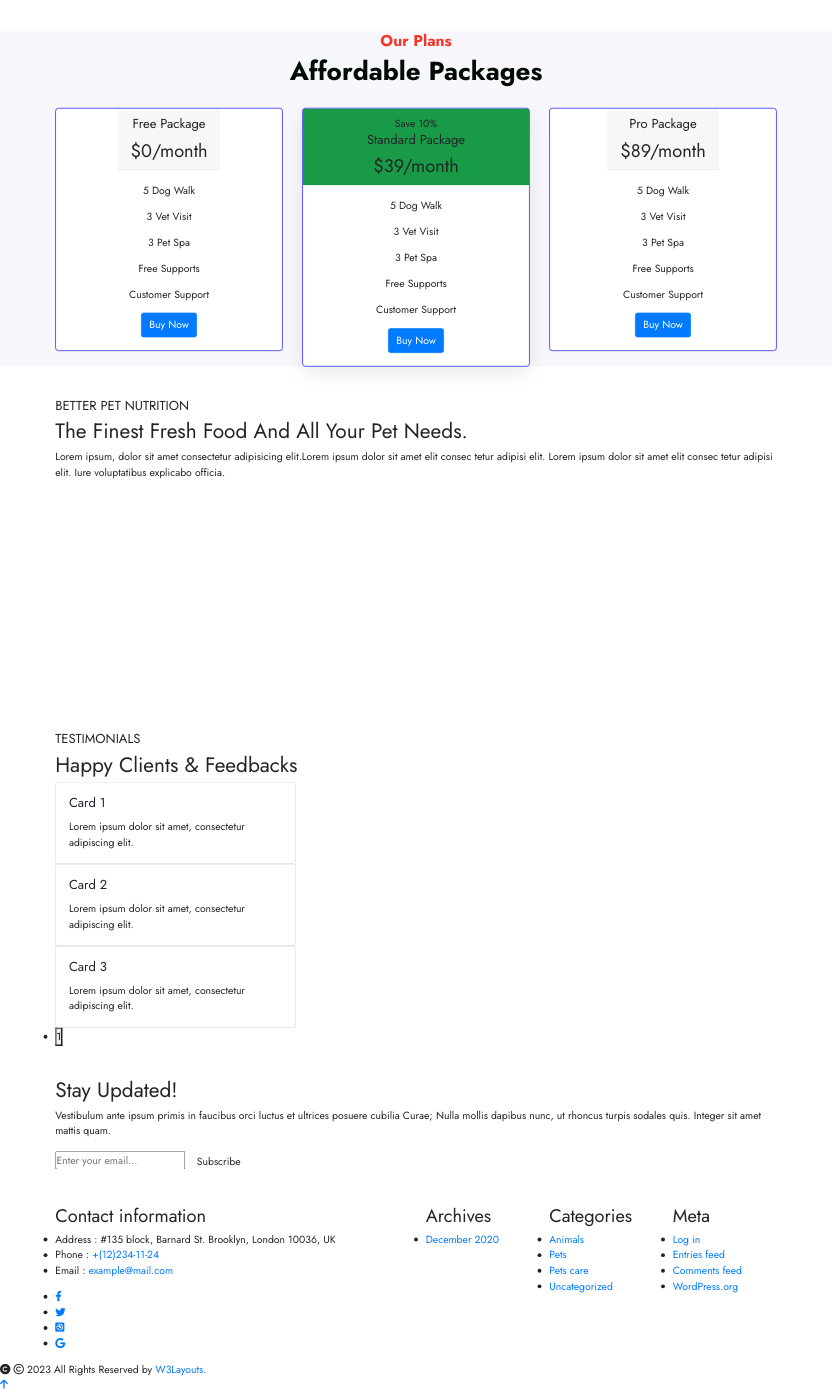
Repository: thanhfrankie/poochcare
Page: index.html
The author's editor kept a copy of each file at every save. The page is drawn from the files as they stood at one save, then again after the next save.
The browser window is 1280 px wide. The pictures show the whole page, at 65% of full size.
Pictures or frames that could not be fetched are drawn as grey boxes.

Above is the page before, as saved 2023-12-20 21:55:46.

### index.html
<!DOCTYPE html>
<html lang="en">
  <head>
    <title>Pooch Care</title>
    <!-- Required meta tags -->
    <meta charset="utf-8" />
    <meta
      name="viewport"
      content="width=device-width, initial-scale=1, shrink-to-fit=no"
    />
    <!-- FONT AWESOME -->
    <link
      rel="stylesheet"
      href="https://cdnjs.cloudflare.com/ajax/libs/font-awesome/6.4.2/css/all.min.css"
      integrity="sha512-z3gLpd7yknf1YoNbCzqRKc4qyor8gaKU1qmn+CShxbuBusANI9QpRohGBreCFkKxLhei6S9CQXFEbbKuqLg0DA=="
      crossorigin="anonymous"
      referrerpolicy="no-referrer"
    />
    <!-- Bootstrap CSS -->
    <link
      rel="stylesheet"
      href="https://stackpath.bootstrapcdn.com/bootstrap/4.3.1/css/bootstrap.min.css"
      integrity="sha384-ggOyR0iXCbMQv3Xipma34MD+dH/1fQ784/j6cY/iJTQUOhcWr7x9JvoRxT2MZw1T"
      crossorigin="anonymous"
    />
    <!-- Font Jost -->
    <link rel="preconnect" href="https://fonts.googleapis.com" />
    <link rel="preconnect" href="https://fonts.gstatic.com" crossorigin />
    <link
      href="https://fonts.googleapis.com/css2?family=Jost:wght@300;400;700&display=swap"
      rel="stylesheet"
    />
    <!-- Pricing CSS -->
    <link rel="stylesheet" href="./css/pricing.css" />
    <!-- pet food CSS (em đặt tên nutrition hay pet-nutrition hay pet__nutrition nó không cho đặt vậy ạ) -->
    <link rel="stylesheet" href="./css/petfood.css" />
    <!-- Testimonials CSS -->
    <link rel="stylesheet" href="./css/testimonials.css" />
    <!-- Subscribe CSS -->
    <link rel="stylesheet" href="./css/subscribe.css" />
    <!-- footer CSS -->
    <link rel="stylesheet" href="./css/footer.css" />
    <!-- Main CSS -->
    <link rel="stylesheet" href="./css/style.css" />
  </head>
  <body>
    <!-- Pricing -->
    <section class="pricing" id="pricing">
      <div class="container mt-5">
        <div class="title">
          <h4>Our Plans</h4>
          <h2>Affordable Packages</h2>
        </div>
        <div class="row">
          <!-- Pricing Card 1 -->
          <div class="col-lg-4">
            <div class="card">
              <div class="card-header">
                <h5 class="card-title">Free Package</h5>
                <h3 class="card-text">$0/month</h3>
              </div>
              <div class="card-body">
                <p class="card-text">5 Dog Walk</p>
                <p class="card-text">3 Vet Visit</p>
                <p class="card-text">3 Pet Spa</p>
                <p class="card-text">Free Supports</p>
                <p class="card-text">Customer Support</p>
                <a href="#" class="btn btn-primary btn-buy">Buy Now</a>
              </div>
            </div>
          </div>

          <!-- Pricing Card 2 -->
          <div class="col-lg-4">
            <div class="card card2">
              <div class="card-header">
                <div class="card-save">Save 10%</div>
                <h5 class="card-title">Standard Package</h5>
                <h3 class="card-text">$39/month</h3>
              </div>
              <div class="card-body">
                <p class="card-text">5 Dog Walk</p>
                <p class="card-text">3 Vet Visit</p>
                <p class="card-text">3 Pet Spa</p>
                <p class="card-text">Free Supports</p>
                <p class="card-text">Customer Support</p>
                <a href="#" class="btn btn-primary btn-buy">Buy Now</a>
              </div>
            </div>
          </div>

          <!-- Pricing Card 3 -->
          <div class="col-lg-4">
            <div class="card">
              <div class="card-header">
                <h5 class="card-title">Pro Package</h5>
                <h3 class="card-text">$89/month</h3>
              </div>
              <div class="card-body">
                <p class="card-text">5 Dog Walk</p>
                <p class="card-text">3 Vet Visit</p>
                <p class="card-text">3 Pet Spa</p>
                <p class="card-text">Free Supports</p>
                <p class="card-text">Customer Support</p>
                <a href="#" class="btn btn-primary btn-buy">Buy Now</a>
              </div>
            </div>
          </div>
        </div>
      </div>
    </section>
    <!-- PET NUTRITION -->
    <section class="nutrition">
      <div class="container mt-5">
        <h5>BETTER PET NUTRITION</h5>
        <h2>The Finest Fresh Food And All Your Pet Needs.</h2>
        <p>
          Lorem ipsum, dolor sit amet consectetur adipisicing elit.Lorem ipsum
          dolor sit amet elit consec tetur adipisi elit. Lorem ipsum dolor sit
          amet elit consec tetur adipisi elit. Iure voluptatibus explicabo
          officia.
        </p>
        <iframe
          width="560"
          height="315"
          src="https://www.youtube.com/embed/JXUTJNv4j6A?si=1nzgvqwKbkVzJ4BS"
          title="YouTube video player"
          frameborder="0"
          allow="accelerometer; autoplay; clipboard-write; encrypted-media; gyroscope; picture-in-picture; web-share"
          allowfullscreen
        ></iframe>
      </div>
    </section>
    <!-- TESTIMONIALS -->
    <section class="testimonial">
      <div class="container mt-5">
        <h5>TESTIMONIALS</h5>
        <h2>Happy Clients & Feedbacks</h2>
        <div class="slick-carousel">
          <!-- Slick Carousel Item 1 -->
          <div class="card">
            <div class="card-body">
              <h5 class="card-title">Card 1</h5>
              <p class="card-text">
                Lorem ipsum dolor sit amet, consectetur adipiscing elit.
              </p>
            </div>
          </div>

          <!-- Slick Carousel Item 2 -->
          <div class="card">
            <div class="card-body">
              <h5 class="card-title">Card 2</h5>
              <p class="card-text">
                Lorem ipsum dolor sit amet, consectetur adipiscing elit.
              </p>
            </div>
          </div>

          <!-- Slick Carousel Item 3 -->
          <div class="card">
            <div class="card-body">
              <h5 class="card-title">Card 3</h5>
              <p class="card-text">
                Lorem ipsum dolor sit amet, consectetur adipiscing elit.
              </p>
            </div>
          </div>
        </div>
      </div>
    </section>
    <!-- Subscribe -->
    <section class="subscribe">
      <div class="container mt-5">
        <h2>Stay Updated!</h2>
        <p>
          Vestibulum ante ipsum primis in faucibus orci luctus et ultrices
          posuere cubilia Curae; Nulla mollis dapibus nunc, ut rhoncus turpis
          sodales quis. Integer sit amet mattis quam.
        </p>
        <input
          type="email"
          name=""
          id="subscribe"
          placeholder="Enter your email..."
        />
        <button class="btn">Subscribe</button>
      </div>
    </section>
    <footer>
      <div class="container mt-5">
        <div class="row">
          <div class="col-lg-6">
            <h3>Contact information</h3>
            <ul class="footer__contact">
              <li>
                Address : #135 block, Barnard St. Brooklyn, London 10036, UK
              </li>
              <li>
                Phone :
                <span>
                  <a href="#">+(12)234-11-24</a>
                </span>
              </li>
              <li>
                Email :
                <span>
                  <a href="#">example@mail.com</a>
                </span>
              </li>
            </ul>
            <ul class="footer__social">
              <li>
                <a href="https://www.facebook.com/w3layouts/">
                  <i class="fa-brands fa-facebook-f"></i
                ></a>
              </li>
              <li>
                <a href="https://twitter.com/W3layouts"
                  ><i class="fa-brands fa-twitter"></i
                ></a>
              </li>
              <li>
                <a href="https://dribbble.com/w3layouts"
                  ><i class="fa-brands fa-square-dribbble"></i
                ></a>
              </li>
              <li>
                <a href="https://myaccount.google.com/intro/profile"
                  ><i class="fa-brands fa-google"></i
                ></a>
              </li>
            </ul>
          </div>
          <div class="col-lg-6">
            <div class="row">
              <div class="col-sm-4">
                <h3>Archives</h3>
                <ul>
                  <li>
                    <a href="#"> December 2020 </a>
                  </li>
                </ul>
              </div>
              <div class="col-sm-4">
                <h3>Categories</h3>
                <ul>
                  <li>
                    <a href="#"> Animals </a>
                  </li>
                  <li>
                    <a href="#"> Pets </a>
                  </li>
                  <li>
                    <a href="#"> Pets care </a>
                  </li>
                  <li>
                    <a href="#"> Uncategorized </a>
                  </li>
                </ul>
              </div>
              <div class="col-sm-4">
                <h3>Meta</h3>
                <ul>
                  <li>
                    <a href="#"> Log in </a>
                  </li>
                  <li>
                    <a href="#"> Entries feed </a>
                  </li>
                  <li>
                    <a href="#"> Comments feed </a>
                  </li>
                  <li>
                    <a href="#"> WordPress.org </a>
                  </li>
                </ul>
              </div>
            </div>
          </div>
        </div>
      </div>
      <div class="copyright">
        <i class="fa fa-copyright" aria-hidden="true"></i>
        <i class="fa-regular fa-copyright"></i>
        <span
          >2023 All Rights Reserved by
          <a href="https://w3layouts.com/">W3Layouts.</a></span
        >
      </div>
    </footer>
    <a href="#" class="backToTop cd-top text-replace js-cd-top">
      <i class="fa fa-arrow-up"></i>
    </a>
    <!-- Optional JavaScript -->
    <!-- jQuery first, then Popper.js, then Bootstrap JS -->
    <script
      src="https://code.jquery.com/jquery-3.3.1.slim.min.js"
      integrity="sha384-q8i/X+965DzO0rT7abK41JStQIAqVgRVzpbzo5smXKp4YfRvH+8abtTE1Pi6jizo"
      crossorigin="anonymous"
    ></script>
    <script
      src="https://cdnjs.cloudflare.com/ajax/libs/popper.js/1.14.7/umd/popper.min.js"
      integrity="sha384-UO2eT0CpHqdSJQ6hJty5KVphtPhzWj9WO1clHTMGa3JDZwrnQq4sF86dIHNDz0W1"
      crossorigin="anonymous"
    ></script>
    <script
      src="https://stackpath.bootstrapcdn.com/bootstrap/4.3.1/js/bootstrap.min.js"
      integrity="sha384-JjSmVgyd0p3pXB1rRibZUAYoIIy6OrQ6VrjIEaFf/nJGzIxFDsf4x0xIM+B07jRM"
      crossorigin="anonymous"
    ></script>
    <!-- slick carousel  -->
    <script
      src="https://cdnjs.cloudflare.com/ajax/libs/slick-carousel/1.8.1/slick.min.js"
      integrity="sha512-XtmMtDEcNz2j7ekrtHvOVR4iwwaD6o/FUJe6+Zq+HgcCsk3kj4uSQQR8weQ2QVj1o0Pk6PwYLohm206ZzNfubg=="
      crossorigin="anonymous"
      referrerpolicy="no-referrer"
    ></script>
    <script>
      // Initialize Slick Carousel
      $(".slick-carousel").slick({
        slidesToShow: 3,
        slidesToScroll: 1,
        dots: true,
        prevArrow: '<button type="button" class="slick-prev">&#9665;</button>',
        nextArrow: '<button type="button" class="slick-next">&#9655;</button>',
        responsive: [
          {
            breakpoint: 768,
            settings: {
              slidesToShow: 2,
            },
          },
          {
            breakpoint: 576,
            settings: {
              slidesToShow: 1,
            },
          },
        ],
      });
    </script>
  </body>
</html>

### css/pricing.css
.pricing {
    background-color: #F9F7FE;
}
.pricing .container {
    width: 100%;
}
.pricing .container .title {
    display: flex;
    justify-content: center;
    align-items: center;
    flex-direction: column;
    padding-bottom: 25px;
}
.pricing .container .title h4 {
    color: #F53626;
    font-weight: 550;

}
.pricing .title h2{
    font-size: 40px;
    font-weight: 600;
    line-height: 48px;
    text-transform: capitalize;
    color:#000C04;
 }
 .pricing .container .row {
    /* border: 1px solid blue; */

 }
 .pricing .container .row .card {
    display: flex;
    justify-content: center;
    align-items: center;
    flex-direction: column;
    text-align: center;
    background-color: #FFFFFF;
    border-radius: 5px;
    /* border: none; */
    border: 1px solid blue;
 }
 .pricing .container .row .card2 {
    box-shadow: 0 10px 30px 0 rgba(17, 17, 17, 0.09);
    z-index: 1;
 }
 .pricing .container .row .card2 .card-header{
    width: 100%;
    background-color:#189A46;
 }

### css/testimonials.css
TESTIMONIALS

### css/style.css
/* Global */
* {
  padding: 0;
  margin: 0;
  box-sizing: border-box;
}
html,
body {
  font-family: "Jost", sans-serif;
}

Loaded but not shown: css/footer.css (no copy from this time; the picture is the same without it); css/petfood.css (no copy from this time; the picture is the same without it); css/subscribe.css (no copy from this time; the picture is the same without it)

After the next save:
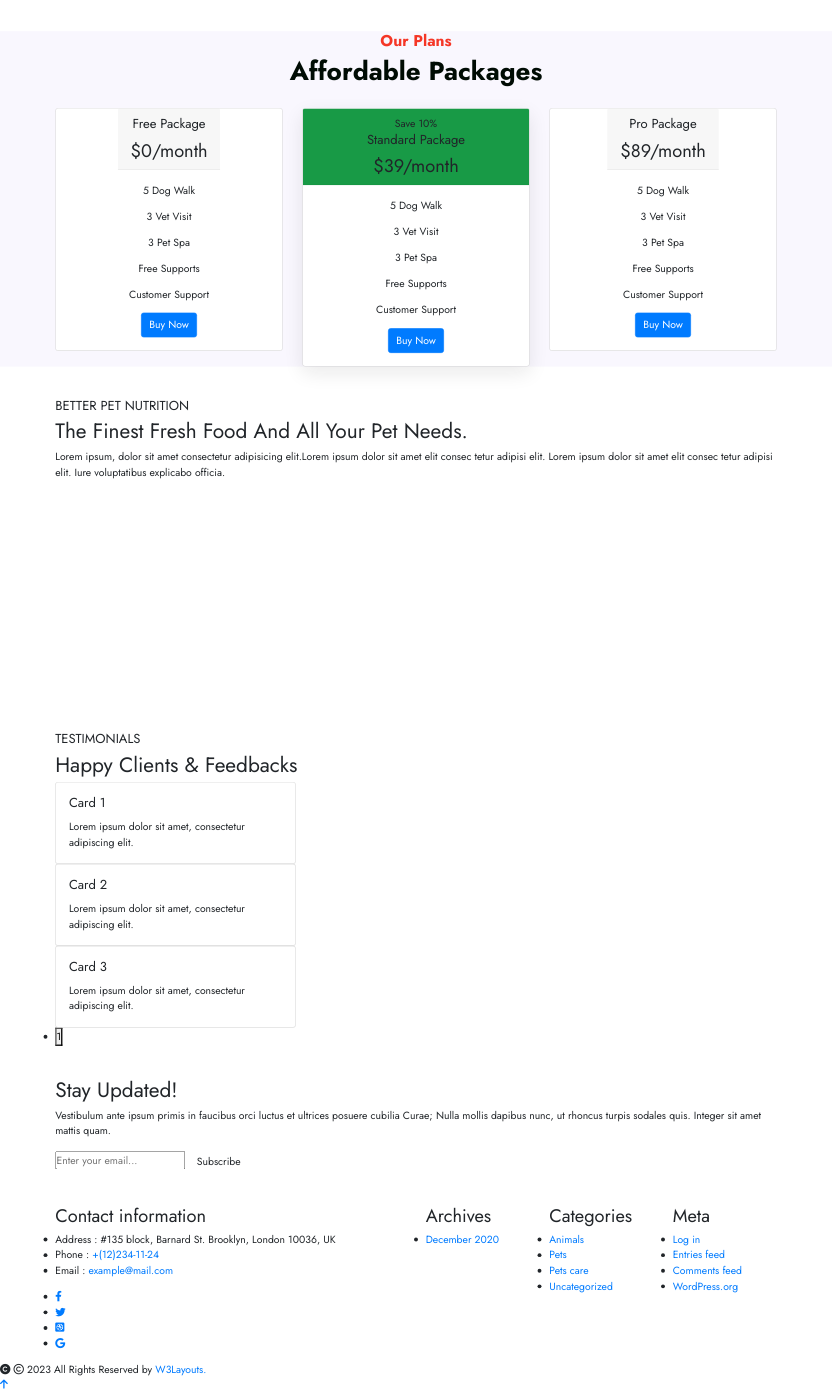
Saved 16 s later.
--- a/css/pricing.css
+++ b/css/pricing.css
@@ -36,7 +36,6 @@
     background-color: #FFFFFF;
     border-radius: 5px;
     /* border: none; */
-    border: 1px solid blue;
  }
  .pricing .container .row .card2 {
     box-shadow: 0 10px 30px 0 rgba(17, 17, 17, 0.09);
